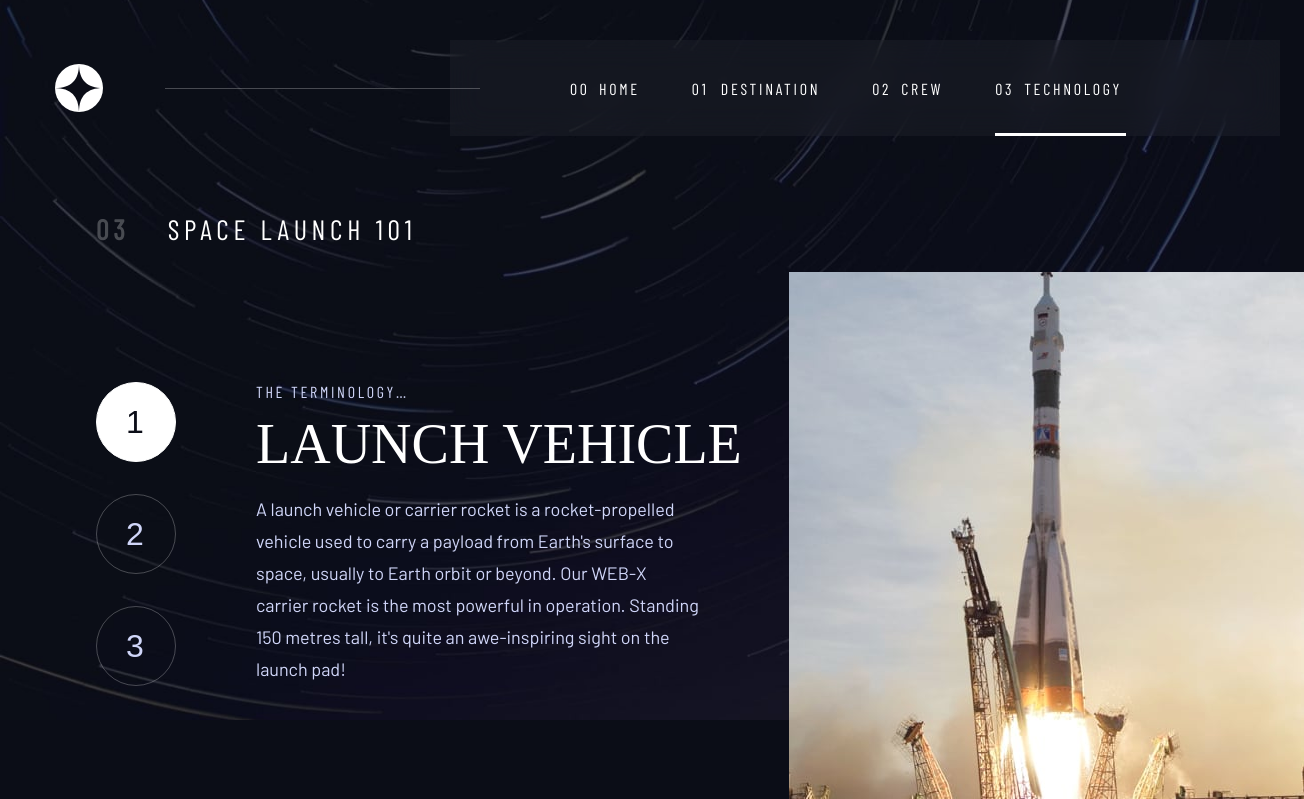
Repository: devbastos/turismo-no-espaco
Page: technology.html
These files come from the project's save history. The page is drawn as it stood at one moment and after the next save; the edit follows.
The browser window is 1280 px wide. The page is 1304 px wide, so the pictures cover 1304 px, including what lies to the right of the window. The pictures show the whole page.
Some web fonts or font styles are not loaded; a fallback is used.

Above is the page before, as saved 2022-01-31 22:50:54.

After the next save:
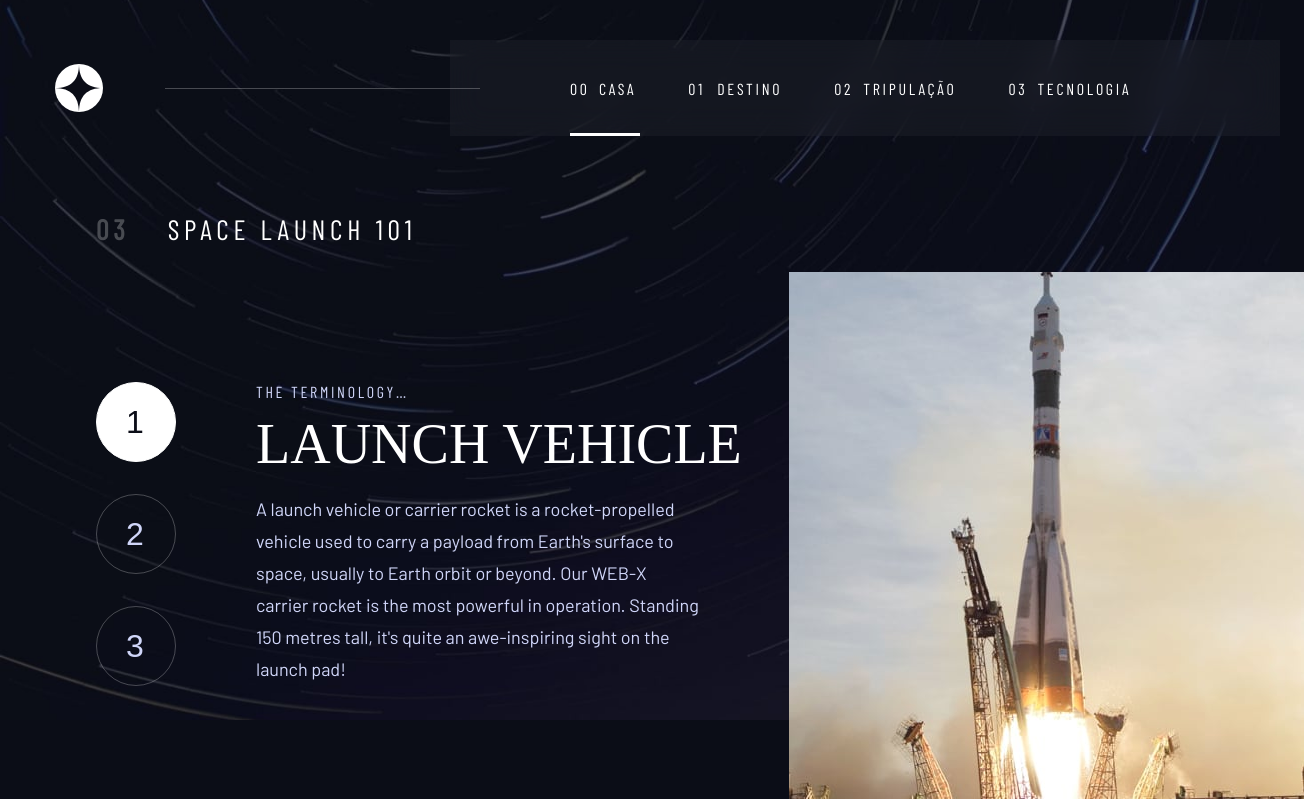
Saved 1 s later.
--- a/technology.html
+++ b/technology.html
@@ -17,10 +17,10 @@
     </div>
     <div class="header-menu">
       <ul class="header-menu__items">
-        <li class="header-menu__item"><a href="./index.html">Home</a></li>
-        <li class="header-menu__item"><a href="./destination.html">Destination</a></li>
-        <li class="header-menu__item"><a href="./crew.html">Crew</a></li>
-        <li class="header-menu__item active"><a href="./technology.html">Technology</a></li>
+        <li class="header-menu__item active"><a href="./index.html">Casa</a></li>
+        <li class="header-menu__item"><a href="./destination.html">Destino</a></li>
+        <li class="header-menu__item"><a href="./crew.html">Tripulação</a></li>
+        <li class="header-menu__item"><a href="./technology.html">Tecnologia</a></li>
       </ul>
     </div>
     <button class="hamburger">
